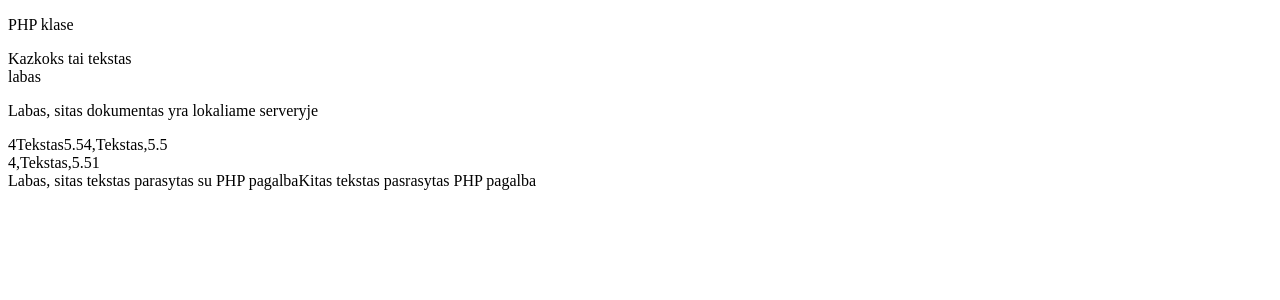
Repository: motiejus1/01-paskaita-PHP-05.31
Page: http://localhost/
These files come from the project's save history. The page is drawn as it stood at one moment and after the next save; the edit follows.
The browser window is 1280 px wide. The pictures show the whole page.
The page is run by PHP 8.4 with error messages shown; the project is at /var/www/html/.

Above is the page before, as saved 2021-07-22 20:54:52.

### index.php
<!DOCTYPE html>
<html lang="en">
<head>
    <meta charset="UTF-8">
    <meta http-equiv="X-UA-Compatible" content="IE=edge">
    <meta name="viewport" content="width=device-width, initial-scale=1.0">
    <title>01-paskaita PHP</title>
    <style>
    </style>
</head>
<body>


    <div class="">
        <p>PHP klase</p>
    </div>

    <?php
        $kazkoksTaiTekstas = "Kazkoks tai tekstas";
        echo "<div class='container'>";
        echo $kazkoksTaiTekstas;
        echo "</div>";
    ?>



    <?php
        echo "labas";
        // echo $skaicius;
    ?>
    <!-- PHP koda -->

    <!-- dokumentas yra pavadintas index.html arba index.php -->

    <p>Labas, sitas dokumentas yra lokaliame serveryje</p>
    <?php
        //Kintamieji

        $tekstas = "Tekstas";
        $sk = 5.5;
        $tiesa = true;
        $melas = false;
        $skaicius = 4;

        echo $skaicius,$tekstas,$sk; //
        //Tarpas tarp kintamuju?
        //Javascript +; tekstas + " " + tekstas = tekstas tekstas
        // Noriu kelti i kita eilute? <br>
        echo $skaicius.",".$tekstas.",".$sk;
        echo "<br>";
        echo $skaicius,",",$tekstas,",",$sk;

        echo $tiesa; //vizualiai nebus atvaizduojamas
        echo $melas; //vizualiai nebus atvaizduojamas

        echo "<br>";
        echo "Labas, sitas tekstas parasytas su PHP pagalba";
        echo "Kitas tekstas pasrasytas PHP pagalba";
    ?>


    <script>

        var kintamasis;
        kintamasis = 5;
        "use strict";
        console.log("labas");
    </script>
</body>
</html>

After the next save:
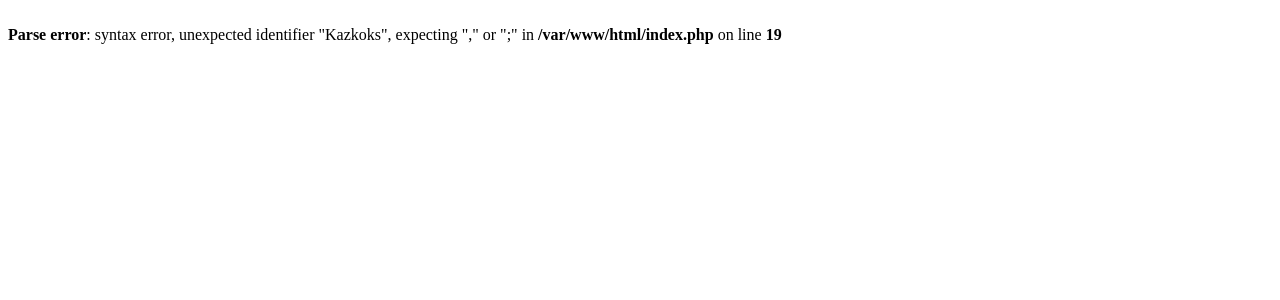
Saved 4 s later.
--- a/index.php
+++ b/index.php
@@ -11,7 +11,7 @@
 <body>
 
 
-    <div class="">
+    <div class="<?php echo ">
         <p>PHP klase</p>
     </div>
 

After the 2 saves that followed:
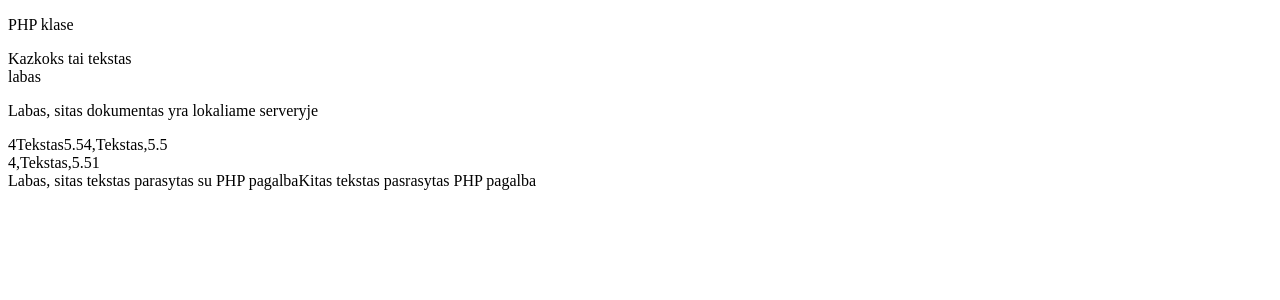
The 2 saves are shown as one change because they came seconds apart.
The last was saved 9 s later.
--- a/index.php
+++ b/index.php
@@ -11,7 +11,7 @@
 <body>
 
 
-    <div class="<?php echo ">
+    <div class="<?php echo 'containeris'?>">
         <p>PHP klase</p>
     </div>
 
